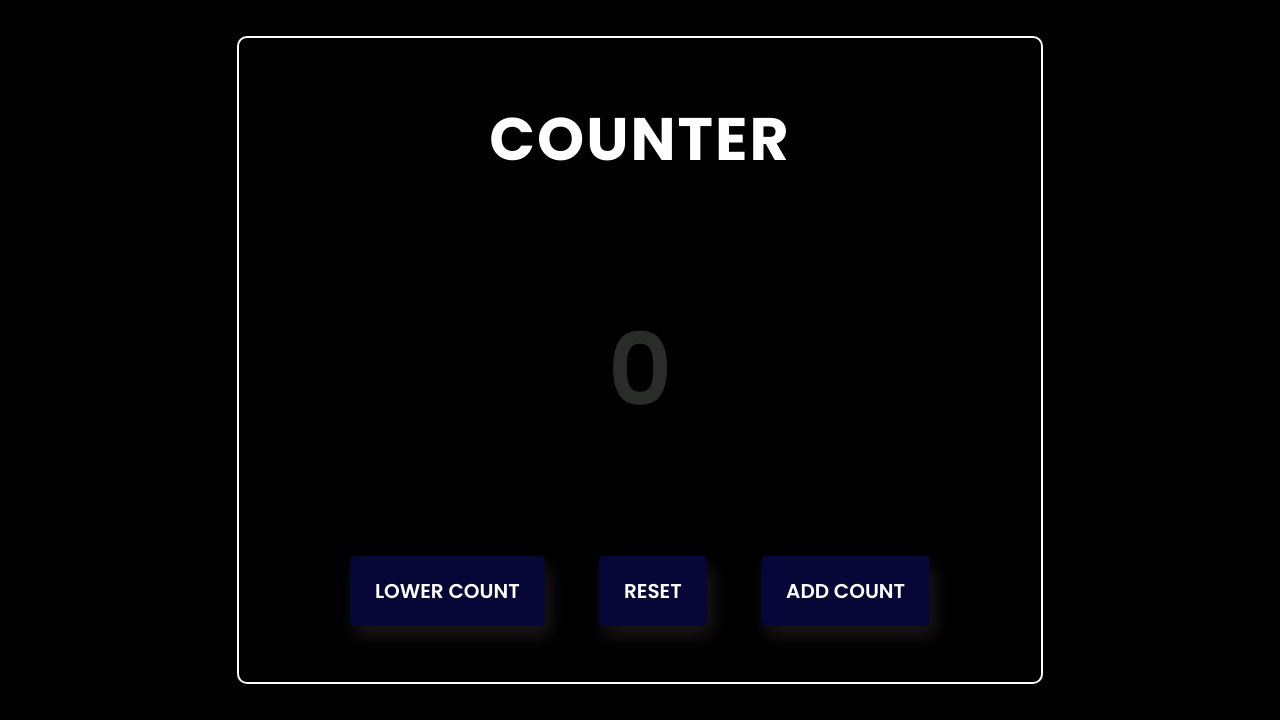
Repository: ArusyakAghajanyan/Counter
Page: index.html
An editor plug-in stored every save of this project. The page is shown before and after a run of saves, followed by the edit.
The browser window is 1280 px wide. The pictures show the whole page.

Above is the page before, as saved 2022-02-14 22:34:01.

After the next 2 saves:
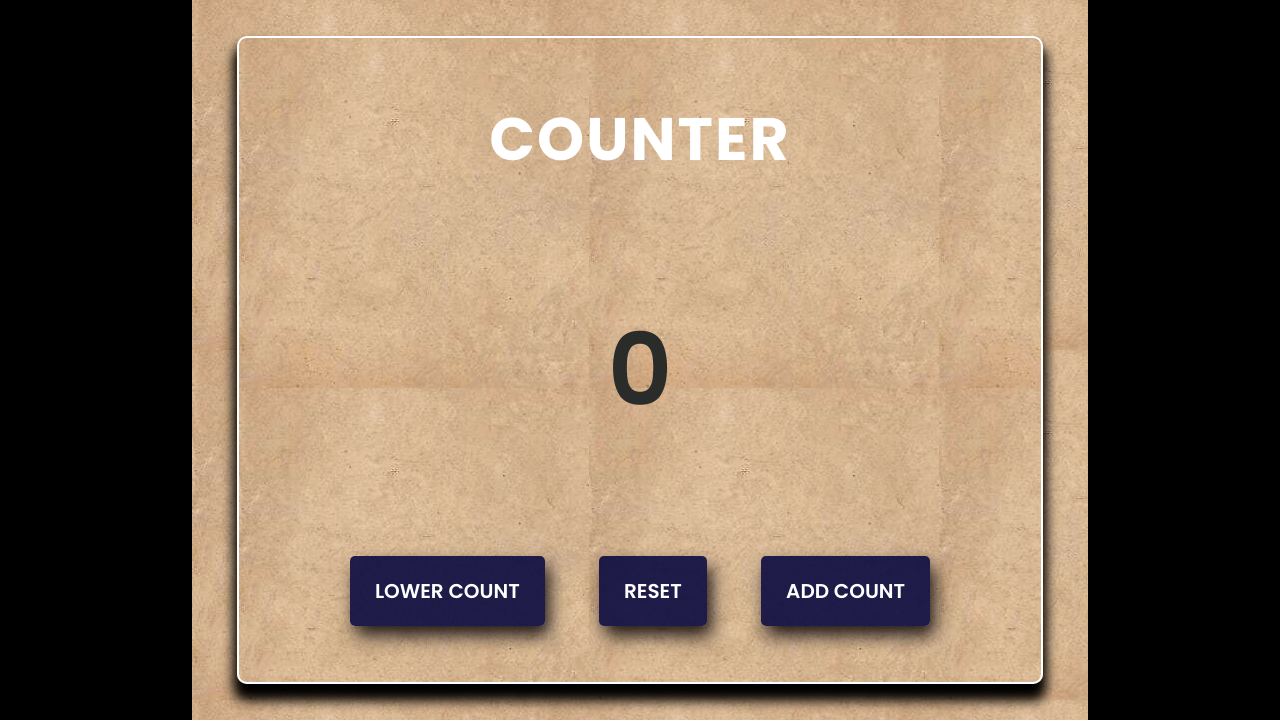
The 2 saves are shown as one change because they came seconds apart.
The last was saved 15 s later.
--- a/style.css
+++ b/style.css
@@ -17,7 +17,7 @@
 }
 
 .parent {
-    background-image: url(./image/Caesar-Materica-Ocra-Grip-225x453-cm-AFU6-Casa39.jpg)
+    background-image: url(./image/Caesar-Materica-Ocra-Grip-225x453-cm-AFU6-Casa39.jpg);
     position: relative;
     width: 70%;
     height: 100%;
@@ -27,7 +27,7 @@
 }
 
 .main {
-    background-image: url(./image/Caesar-Materica-Ocra-Grip-225x453-cm-AFU6-Casa39.jpg)
+    background-image: url(./image/Caesar-Materica-Ocra-Grip-225x453-cm-AFU6-Casa39.jpg);
     position: relative;
     width: 90%;
     height: 90%;
